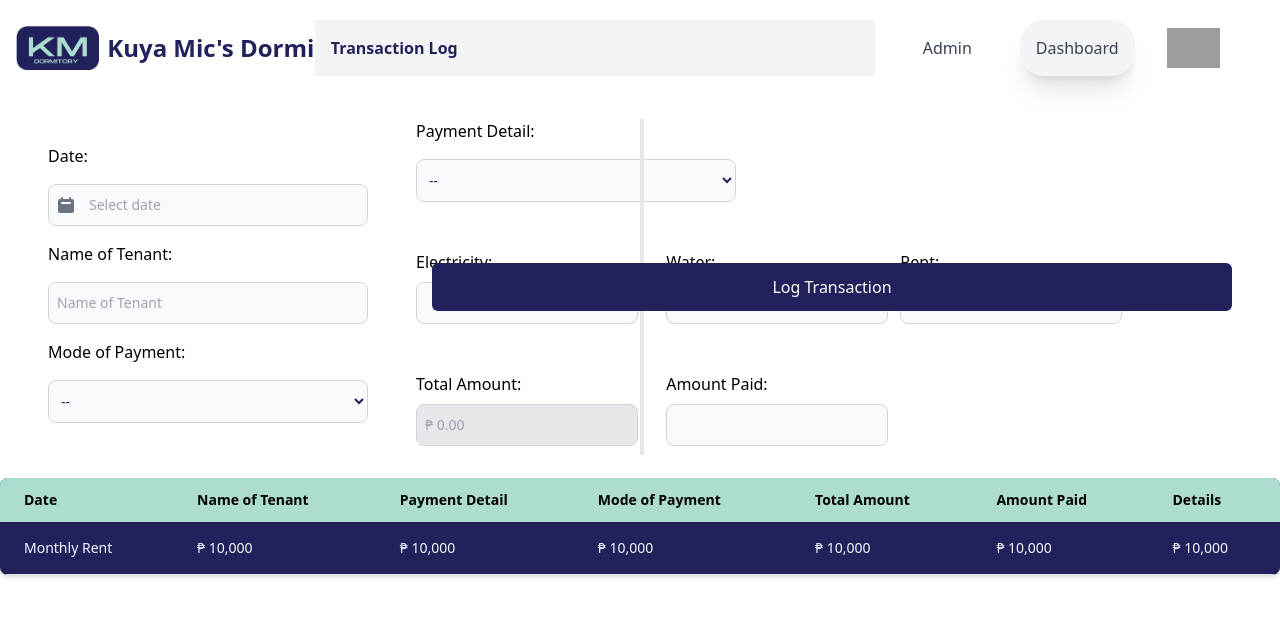
Repository: theamgri/Dormitory-Management-System
Page: paymentactivity.html
These files come from the project's save history. The page is drawn as it stood at one moment and after the next save; the edit follows.
The browser window is 1280 px wide. The pictures show the whole page.
Pictures or frames that could not be fetched are drawn as grey boxes. Some web libraries are served in a nearby version.

Above is the page before, as saved 2023-01-11 23:16:52.

### paymentactivity.html
<!DOCTYPE html>
<html lang="en">
<head>
    <script src="https://cdn.tailwindcss.com"></script>
    <script src="https://unpkg.com/flowbite@1.5.5/dist/datepicker.js"></script>
    <meta charset="UTF-8">
    <meta http-equiv="X-UA-Compatible" content="IE=edge">
    <meta name="viewport" content="width=device-width, initial-scale=1.0">
    <link rel="icon" type="image/x-icon" href="/assets/logo.png">
    <title>Payment Activity</title>

    <nav class="bg-white border-b-3 border-gray-200 px-2 sm:px-4 py-1 rounded dark:bg-gray-100">
        <div class="container flex flex-wrap items-center justify-between mx-auto">
          <a href="/" class="flex sm:items-left">
              <img src="/assets/logo.png" class="h-11" alt="KM Logo" />
              <span class="self-center align-middle pl-2 text-2xl font-Montserrat font-bold whitespace-nowrap" style="color: #22215B">Kuya Mic's Dormitory </span>
          </a>

          <button data-collapse-toggle="navbar-default" type="button" class="inline-flex items-center p-2 ml-3 text-sm text-gray-500 rounded-lg md:hidden hover:bg-gray-100 focus:outline-none focus:ring-2 focus:ring-gray-200 dark:text-gray-400 dark:hover:bg-gray-700 dark:focus:ring-gray-600" aria-controls="navbar-default" aria-expanded="false">
          <svg class="w-6 h-6" aria-hidden="true" fill="currentColor" viewBox="0 0 20 20" xmlns="http://www.w3.org/2000/svg"><path fill-rule="evenodd" d="M3 5a1 1 0 011-1h12a1 1 0 110 2H4a1 1 0 01-1-1zM3 10a1 1 0 011-1h12a1 1 0 110 2H4a1 1 0 01-1-1zM3 15a1 1 0 011-1h12a1 1 0 110 2H4a1 1 0 01-1-1z" clip-rule="evenodd"></path></svg>
          </button>
          <div class="hidden w-full md:block md:w-auto" id="navbar-default">

            <ul class="flex flex-col p-4 mt-4 border border-gray-100 rounded-lg md:flex-row md:space-x-8 md:mt-0 md:text-sm md:font-medium md:border-0">

              <li>
                <a href="#" class="block font-bold bg-gray-100 font-Montserrat text-base md:p-4" aria-current="page" style="color: #22215B; margin-left:-35rem;">Transaction Log</a>
              </li>
              <li>
                <a href="index.html" class="block font-Montserrat rounded text-base md:text-gray-700 md:p-4" aria-current="page">Admin</a>
              </li>
              <li>
                <a href="home.html" class="block shadow-xl bg-gray-100 font-Montserrat rounded-3xl text-base md:text-gray-700 md:p-4" aria-current="page">Dashboard</a>
              </li>
              <li>
                <a href="home.html" class="block py-2 pl-0 pr-4" aria-current="page"><img src="https://icones.pro/wp-content/uploads/2021/02/icone-utilisateur-gris.png" class="h-1 mr-3 sm:h-10" alt="KM Logo" /></a>
              </li>
            </ul>
          </div>

        </div>
      </nav>
</head>
<body>

  <div class="relative" style="margin: 3rem; margin-left: 3rem;">
    <h3 style="margin-bottom: 1rem;">Date:</h3>
    <div class="absolute inset-y-0 left-0 items-center pl-2 pointer-events-none" style="padding-top: 3.2rem;">

      <svg aria-hidden="true" class="w-5 h-5 text-gray-500 dark:text-gray-400" fill="currentColor" viewBox="0 0 20 20" xmlns="http://www.w3.org/2000/svg"><path fill-rule="evenodd" d="M6 2a1 1 0 00-1 1v1H4a2 2 0 00-2 2v10a2 2 0 002 2h12a2 2 0 002-2V6a2 2 0 00-2-2h-1V3a1 1 0 10-2 0v1H7V3a1 1 0 00-1-1zm0 5a1 1 0 000 2h8a1 1 0 100-2H6z" clip-rule="evenodd"></path></svg>
    </div>


    <input datepicker type="text" class="bg-gray-50 border border-gray-300 text-gray-900 text-sm rounded-lg focus:ring-blue-500 focus:border-blue-500 block w-80 pl-10 p-2.5 dark:border-gray-600 dark:placeholder-gray-400 dark:text-white dark:focus:ring-blue-500 dark:focus:border-blue-900" placeholder="Select date" style="color: #22215B;";>

  </div>

    <div>
      <div style="margin-left:3rem; margin-top: -2rem;">
      <h3>Name of Tenant:</h3>
      <input type="text" class="bg-gray-50 border border-gray-300 text-gray-900 text-sm rounded-lg focus:ring-blue-500 focus:border-blue-500 block w-80 pl-2 p-2.5 dark:border-gray-600 dark:placeholder-gray-400 dark:text-white dark:focus:ring-blue-500 dark:focus:border-blue-500" style=" margin-top: 1rem; color: #22215B;" placeholder="Name of Tenant">
    </div>
  </div>


    <div style="margin-left:3rem; margin-top: 1rem;">
    <h3>Mode of Payment:</h3>
    <select class="bg-gray-50 border border-gray-300 text-gray-900 text-sm rounded-lg focus:ring-blue-500 focus:border-blue-500 block w-80 pl-2 p-2.5 dark:border-gray-600 dark:placeholder-gray-400 dark:text-white dark:focus:ring-blue-500 dark:focus:border-blue-500" style="color: #22215B; margin-top: 1rem;" placeholder="Mode of Payment">
      <option>--</option>
      <option>Gcash</option>

        <option>Cash-Over the Counter</option>
    </select>
  </div>

<div class="sm:fixed left-1/2 w-1 bg-gray-200" style="margin-top: -19rem; height: 21rem"></div>

<div class="absolute top-15 right-12" style="margin-top: -10rem;">
  <button onclick="location.href='#'" type="submit" class="inline-block mt-0 mb-4 text-white bg-primary-600 focus:ring-4 focus:outline-none focus:ring-primary-300 font-medium rounded-md text-md px-10 py-2.5 sm:text-center" style="background-color:#22215B; height: 3rem; width: 50rem;">Log Transaction</button>
    </div>



    <div class="text" style="margin-left:25rem; margin-top: -20rem; padding: 1rem;">

        <h3>Payment Detail:</h3>
        <select class="bg-gray-50 border border-gray-300 text-gray-900 text-sm rounded-lg focus:ring-blue-500 focus:border-blue-500 block w-80 pl-2 p-2.5 dark:border-gray-600 dark:placeholder-gray-400 dark:text-white dark:focus:ring-blue-500 dark:focus:border-blue-500" style="color: #22215B; margin-top: 1rem;" placeholder="Mode of Payment">
          <option>--</option>
          <option>Gcash</option>

            <option>Cash-Over the Counter</option>
        </select>


  </div>


     <div class="inline-block" style="margin-left:25rem; margin-top: 1rem; padding: 1rem;">
        <h3 style="padding-bottom: 0.5rem">Electricity:</h3>
            <input type="text" class="bg-gray-50 border border-gray-300 text-gray-900 text-sm rounded-lg focus:ring-blue-500 focus:border-blue-500 block w-50 pl-2 p-2.5 dark:border-gray-600 dark:placeholder-gray-400 dark:text-white dark:focus:ring-blue-500 dark:focus:border-blue-500" style="color: #22215B;" placeholder="">
    </div>


    <div class="inline-block" style="margin-left:0.5rem; margin-top: 1rem;">
        <h3 style="padding-bottom: 0.5rem">Water:</h3>
            <input type="text" class="bg-gray-50 border border-gray-300 text-gray-900 text-sm rounded-lg focus:ring-blue-500 focus:border-blue-500 block w-50 pl-2 p-2.5 dark:border-gray-600 dark:placeholder-gray-400 dark:text-white dark:focus:ring-blue-500 dark:focus:border-blue-500" style="color: #22215B;" placeholder="">
    </div>


    <div class="inline-block" style="margin-left:0.5rem; margin-top: 1rem;">
        <h3 style="padding-bottom: 0.5rem">Rent:</h3>
            <input type="text" class="bg-gray-50 border border-gray-300 text-gray-900 text-sm rounded-lg focus:ring-blue-500 focus:border-blue-500 block w-50 pl-2 p-2.5 dark:border-gray-600 dark:placeholder-gray-400 dark:text-white dark:focus:ring-blue-500 dark:focus:border-blue-500" style="color: #22215B;" placeholder="">
    </div>


 <div>
    <div class="inline-block" style="margin-left:25rem; margin-top: 1rem; padding: 1rem;">
      <h3 style="padding-bottom: 0.5rem">Total Amount:</h3>
          <input type="text" class="bg-gray-200 border border-gray-300 text-gray-900 text-sm rounded-lg focus:ring-blue-500 focus:border-blue-500 block w-50 pl-2 p-2.5 dark:border-gray-600 dark:placeholder-gray-400 dark:text-white dark:focus:ring-blue-500 dark:focus:border-blue-500" style="color: #22215B;" placeholder="₱ 0.00">
  </div>


  <div class="inline-block" style="margin-left:0.5rem; margin-top: 1rem;">
      <h3 style="padding-bottom: 0.5rem">Amount Paid:</h3>
          <input type="text" class="bg-gray-50 border border-gray-300 text-gray-900 text-sm rounded-lg focus:ring-blue-500 focus:border-blue-500 block w-50 pl-2 p-2.5 dark:border-gray-600 dark:placeholder-gray-400 dark:text-white dark:focus:ring-blue-500 dark:focus:border-blue-500" style="color: #22215B;" placeholder="">

        </div>


</div>
</div>

<div class="mt-4 relative overflow-x-auto shadow-md sm:rounded-lg" style="background-color:#22215B;">
  <table class="w-full text-sm text-left" style="background-color: #ADDDD0">

    <thead class="text-md">


        <tr><th scope="col" class="px-6 py-3">
          Date
    </th>
      <th scope="col" class="px-6 py-3">
          Name of Tenant
      </th>
      <th scope="col" class="px-6 py-3">
        Payment Detail
      </th>
      <th scope="col" class="px-6 py-3">
        Mode of Payment
      </th>
      <th scope="col" class="px-6 py-3">
        Total Amount
      </th>
      <th scope="col" class="px-6 py-3">
        Amount Paid
      </th>
      <th scope="col" class="px-6 py-3">
        Details
      </th>
     </tr>
    </thead>



    <tbody style="background-color:#22215B; color:aliceblue;">
      <tr class="border-b ">
        <th scope="row" class="px-6 py-4 font-medium">
            Monthly Rent
        </th><th scope="row" class="px-6 py-4 font-medium">
          ₱ 10,000
      </th>
    </th><th scope="row" class="px-6 py-4 font-medium">
      ₱ 10,000
  </th>
</th><th scope="row" class="px-6 py-4 font-medium">
  ₱ 10,000
</th>
</th><th scope="row" class="px-6 py-4 font-medium">
  ₱ 10,000
</th>
</th><th scope="row" class="px-6 py-4 font-medium">
  ₱ 10,000
</th>
</th><th scope="row" class="px-6 py-4 font-medium">
  ₱ 10,000
</th>
    </tr>




</tr>


      </tbody>

  </table>

</div>






</body>
</html>

After the next save:
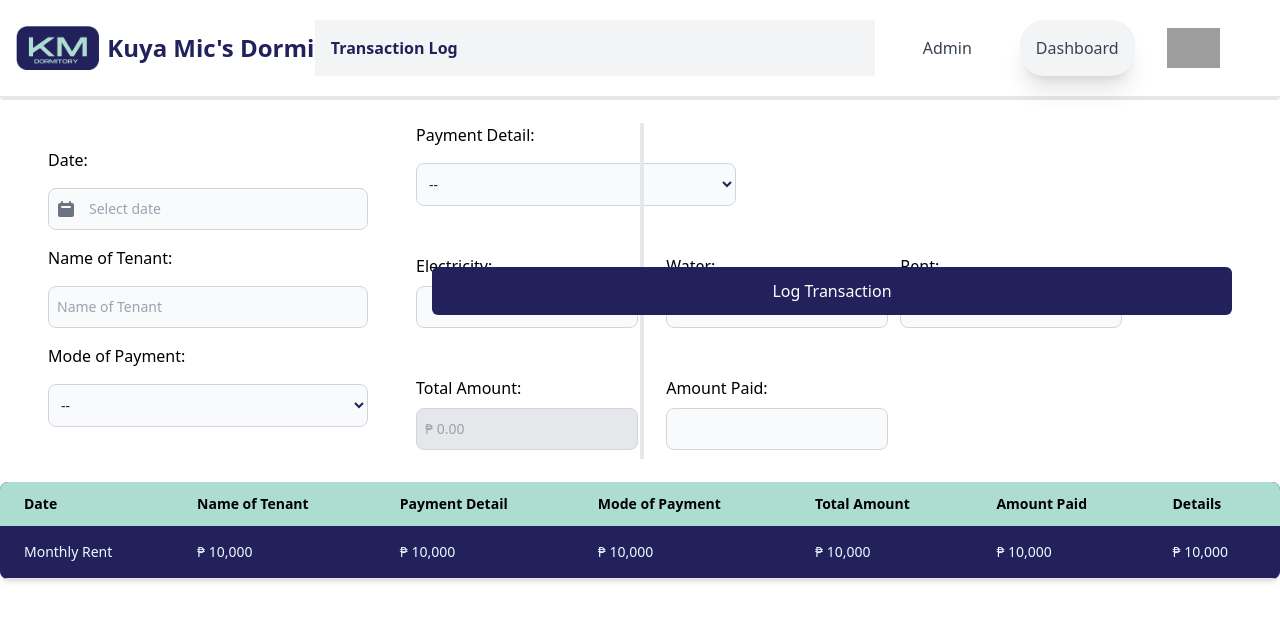
Saved 4 s later.
--- a/paymentactivity.html
+++ b/paymentactivity.html
@@ -9,7 +9,7 @@
     <link rel="icon" type="image/x-icon" href="/assets/logo.png">
     <title>Payment Activity</title>
 
-    <nav class="bg-white border-b-3 border-gray-200 px-2 sm:px-4 py-1 rounded dark:bg-gray-100">
+    <nav class="bg-white border-b-4 border-gray-200 px-2 sm:px-4 py-1 rounded dark:bg-gray-100">
         <div class="container flex flex-wrap items-center justify-between mx-auto">
           <a href="/" class="flex sm:items-left">
               <img src="/assets/logo.png" class="h-11" alt="KM Logo" />
